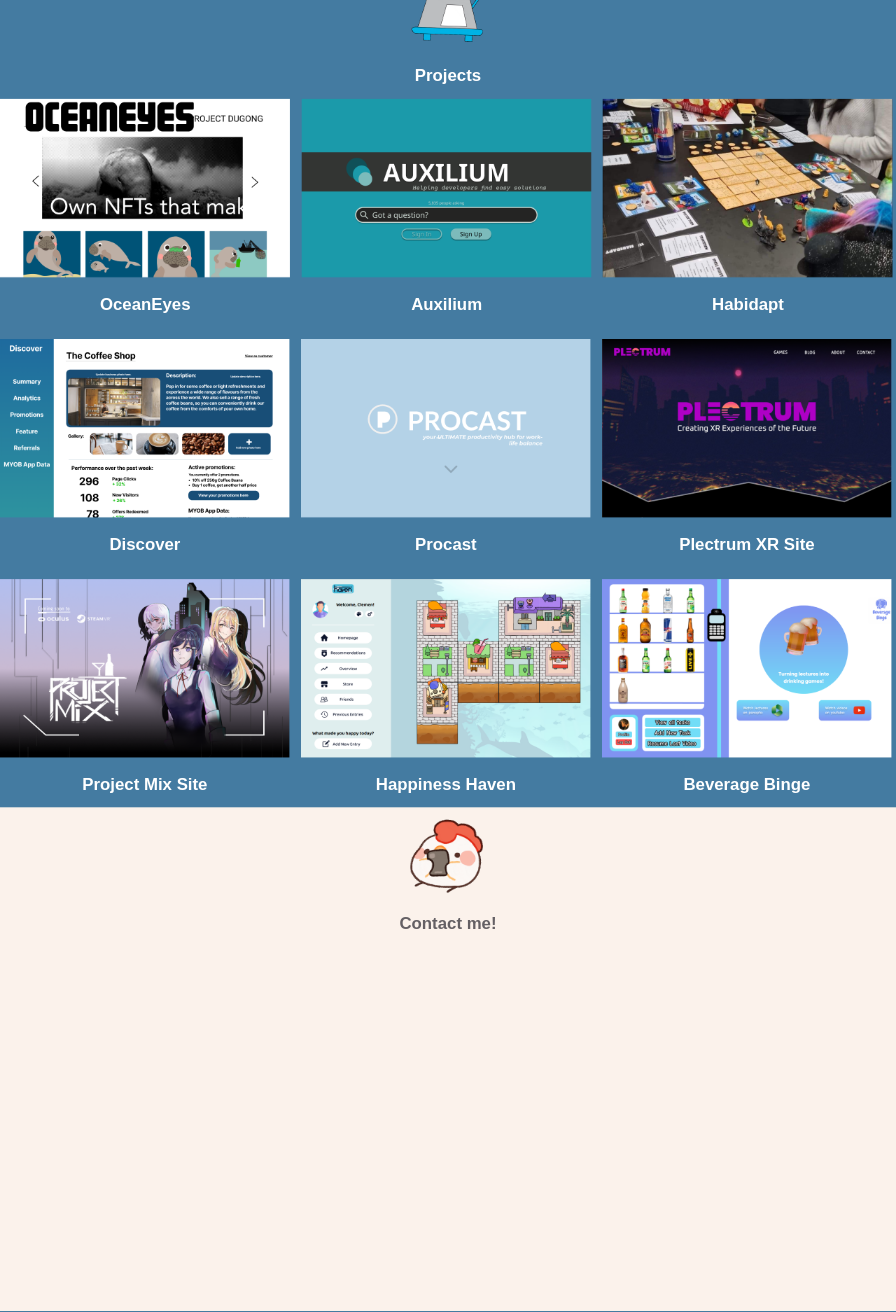
Repository: lukisoo/lukisoo-portfolio
Page: /
These files come from the project's save history. The page is drawn as it stood at one moment and after the next save; the edit follows.
The browser window is 1280 px wide. The pictures show the part of the page from y = 1485 to 3405 px (the page is 3359 px tall before and 3481 px after), at 70% of full size.
The project was rebuilt for these pictures with package versions that can differ from the ones it lists, and the page was loaded fresh each time.

Above is the page before, as saved 2022-07-31 17:14:30.

After the next save:
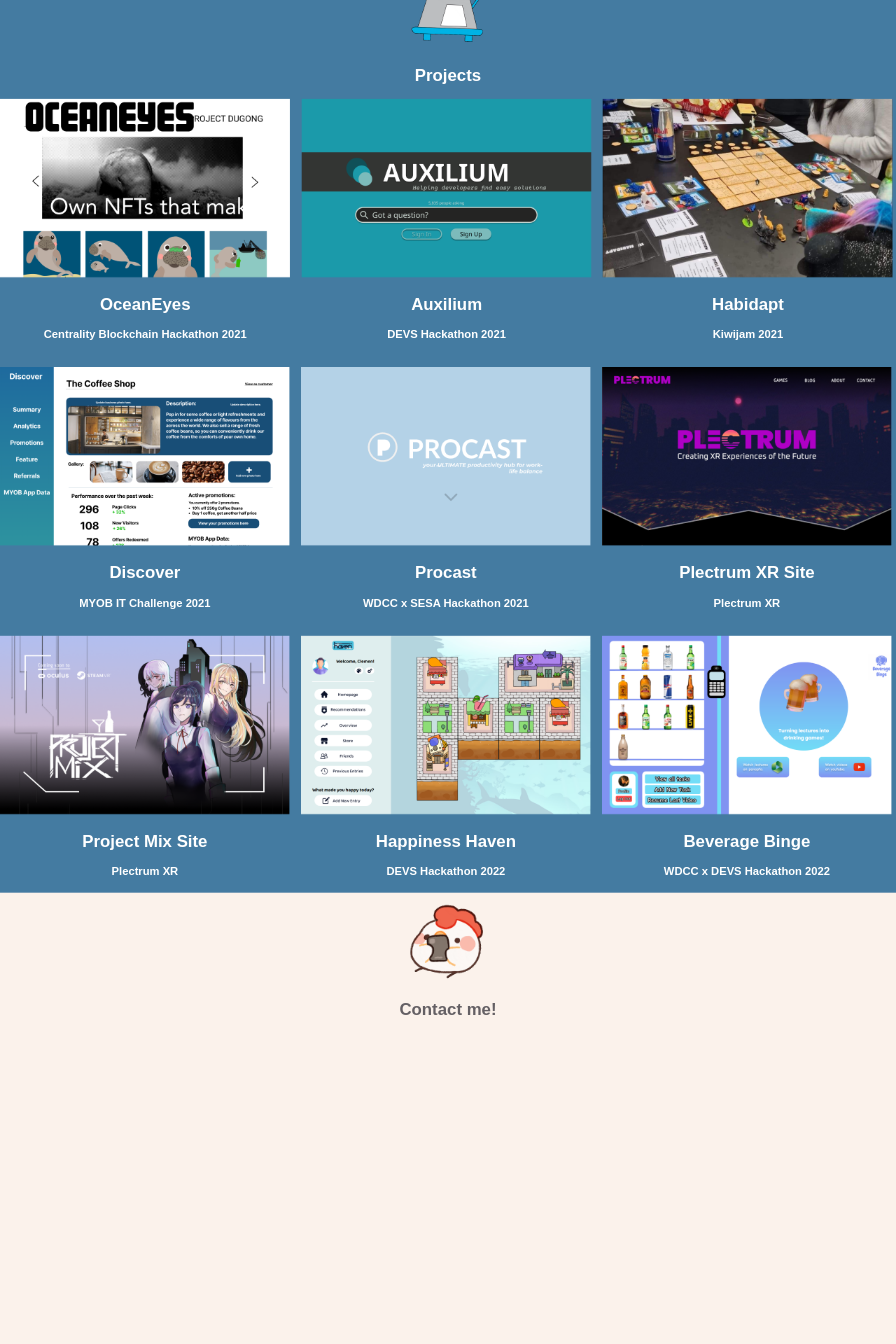
Saved 7 min 41 s later.
--- a/src/App.js
+++ b/src/App.js
@@ -201,6 +201,7 @@
               <Grid item xs={6} md={4}>
               <img src={Project.header} alt={Project.title}/>
                 <h2>{Project.title}</h2>
+                <h4>{Project.affiliation}</h4>
               </Grid>
             ))}
           </Grid>
